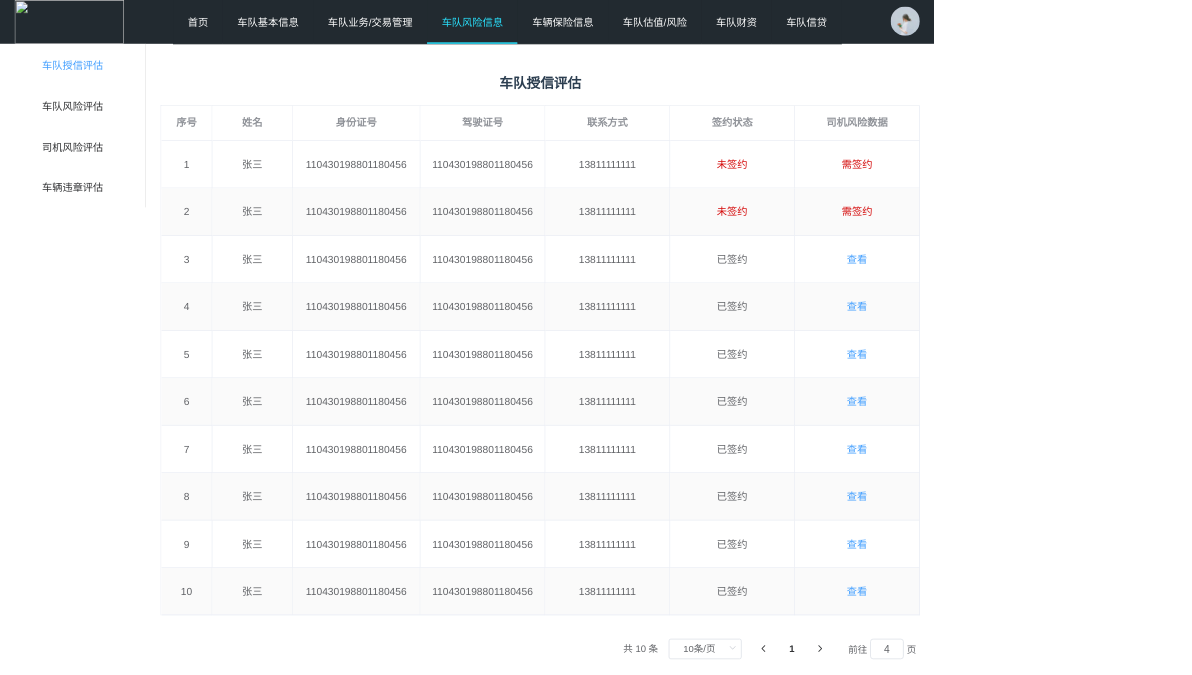
Repository: TheWomanLiketheWind/woodpecker
Page: /
The author's editor kept a copy of each file at every save. The page is drawn from the files as they stood at one save, then again after a run of saves.
The browser window is 1280 px wide. The page is 1280 px wide, then 1633 px, then 1280 px, so the pictures cover 1633 px, including what lies to the right of the window. The pictures show the whole page, at 73% of full size.
The project was rebuilt for these pictures with package versions that can differ from the ones it lists, and the page was loaded fresh each time. Also part of the build but not shown: src/views/menuThird.vue.

Above is the page before, as saved 2019-07-26 09:21:34.

### public/index.html
<!DOCTYPE html>
<html lang="en">
  <head>
    <meta charset="utf-8">
    <meta http-equiv="X-UA-Compatible" content="IE=edge">
    <meta name="viewport" content="width=device-width,initial-scale=1.0">
    <link rel="icon" href="<%= BASE_URL %>favicon.ico">
    <title>woodpecker</title>
  </head>
  <body>
    <noscript>
      <strong>We're sorry but woodpecker doesn't work properly without JavaScript enabled. Please enable it to continue.</strong>
    </noscript>
    <div id="app"></div>
    <!-- built files will be auto injected -->
  </body>
</html>

### src/App.vue
<template>
  <div id="app">
    <router-view />
  </div>
</template>

<style lang="scss">
#app {
  font-family: "Avenir", Helvetica, Arial, sans-serif;
  -webkit-font-smoothing: antialiased;
  -moz-osx-font-smoothing: grayscale;
  text-align: center;
  color: #2c3e50;
  .el-header {
    display: flex;
    justify-content: space-between;
    align-items: center;
  }
}
#nav {
  padding: 30px;
  a {
    font-weight: bold;
    color: #2c3e50;
    &.router-link-exact-active {
      color: #42b983;
    }
  }
}
body {
  margin: 0;
}
</style>

### src/router.ts
import Vue from 'vue'
import Router from 'vue-router'
import Home from './views/Home.vue'
Vue.use(Router)

export default new Router({
  mode: 'history',
  base: process.env.BASE_URL,
  routes: [
    {
      path: '/',
      name: 'home',
      component: Home,
      children: [
        {
          path: '/',
          name: 'menuSecond',
          children: [
            {
              path: '/',
              name: 'menuThird',
              component: () =>
                import(/* webpackChunkName: "about" */ './views/menuThird.vue')
            }
          ],
          component: () =>
            import(/* webpackChunkName: "about" */ './views/menuSecond.vue')
        }
      ]
    }
  ]
})

### src/views/Home.vue
<template>
  <el-container>
    <el-header class="headerAll">
      <img src=""
           class="headImage">
      <el-menu :default-active="activeIndex"
               class="el-menu-demo"
               mode="horizontal"
               background-color="#222a30"
               text-color="#fff"
               active-text-color="#29e2fe"
               @select="handleSelect">
        <el-menu-item v-for="(item, index) in menuList"
                      :key="index"
                      :index="item.index"
                      v-on:listenToChildEvent="menuClick">{{item.name}}</el-menu-item>
      </el-menu>

      <el-dropdown>
        <img src="../assets/headImage.jpg"
             class="drophead" />
        <el-dropdown-menu slot="dropdown">
          <el-dropdown-item>个人信息</el-dropdown-item>
          <el-dropdown-item>退出</el-dropdown-item>
        </el-dropdown-menu>
      </el-dropdown>
    </el-header>
    <!-- <router-link to="/menuSecond">点击跳转</router-link> -->
    <router-view />
  </el-container>
</template>

<script lang="ts">
import { Component, Vue } from "vue-property-decorator";

@Component({
  components: {}
})
export default class Home extends Vue {
  data() {
    return {
      activeIndex: "4",
      menuList: [
        {
          name: "首页",
          index: "1",
          link: ""
        },
        {
          name: "车队基本信息",
          index: "2",
          link: ""
        },
        {
          name: "车队业务/交易管理",
          index: "3",
          link: ""
        },
        {
          name: "车队风险信息",
          index: "4",
          link: ""
        },
        {
          name: "车辆保险信息",
          index: "5",
          link: ""
        },
        {
          name: "车队估值/风险",
          index: "6",
          link: ""
        },
        {
          name: "车队财资",
          index: "7",
          link: ""
        },
        {
          name: "车队信贷",
          index: "8",
          link: ""
        }
      ]
    };
  }

  private handleSelect(key: any, keyPath: any) {
    console.log(key, keyPath);
  }

  menuClick(data: any) {
    this.$router.push(data);
  }
}
</script>

<style lang="scss">
.headerAll {
  background: #222a30;
  .headImage {
    width: 150px;
    height: 100%;
    border: 0;
  }
  .drophead {
    width: 40px;
    height: 40px;
    border-radius: 50%;
  }
}
</style>

### src/views/menuSecond.vue
<template>
  <el-container>

    <el-aside width="200px"
              class="asideClass">
      <el-menu :default-active="defaultActive"
               class="el-menu-vertical-demo"
               @select="handleSelect">
        <el-menu-item v-for="(item, index) in filesList.navigeList"
                      :key="index"
                      :index="item.index">
          <span slot="title">{{item.name}}</span>
        </el-menu-item>
      </el-menu>
    </el-aside>
    <el-main>
      <h3>{{filesList.navigeList[this.selectIndex].name}}</h3>
      <el-table :data="tableData"
                border
                stripe
                style="width: 100%">
        <el-table-column type="index"
                         label="序号"
                         width="70"
                         align="center">
        </el-table-column>
        <el-table-column prop="name"
                         label="姓名"
                         width="110"
                         align="center" />
        <el-table-column prop="cardId"
                         label="身份证号"
                         align="center" />
        <el-table-column prop="driveId"
                         label="驾驶证号"
                         align="center" />
        <el-table-column prop="tel"
                         label="联系方式"
                         align="center" />
        <el-table-column prop="signType"
                         label="签约状态"
                         align="center">
          <template slot-scope="scope">
            <span :class="scope.row.signType === 0?'signTypeColor':''">{{scope.row.signType === 0?'未签约':'已签约'}}</span>
          </template>
        </el-table-column>
        <el-table-column label="司机风险数据"
                         align="center">
          <template slot-scope="scope">
            <el-button type="text"
                       v-if="scope.row.signType === 0"
                       class="signTypeColor">需签约</el-button>
            <el-button type="text"
                       v-else>查看</el-button>
          </template>
        </el-table-column>
      </el-table>
      <el-pagination @size-change="handleSizeChange"
                     @current-change="handleCurrentChange"
                     :current-page="currentPage4"
                     :page-sizes="[10, 20, 50, 100]"
                     :page-size="10"
                     layout="total, sizes, prev, pager, next, jumper"
                     :total="tableData.length">
      </el-pagination>
    </el-main>
  </el-container>

</template>

<script lang="ts">
import Vue from "vue";
import files from "../jsonFile";

export default Vue.extend({
  data() {
    return {
      filesList: files,
      selectIndex: 0,
      defaultActive: "1",
      currentPage4: 4,
      tableData: [
        {
          name: "张三",
          cardId: "110430198801180456",
          driveId: "110430198801180456",
          tel: "13811111111",
          signType: 0
        }
      ]
    };
  },
  mounted() {
    this.defined();
  },
  methods: {
    defined() {
      for (let i = 0; i < 9; i++) {
        let object = {
          name: "张三",
          cardId: "110430198801180456",
          driveId: "110430198801180456",
          tel: "13811111111",
          signType: i === 0 ? 0 : 1
        };
        this.tableData.push(object);
      }
    },
    handleSelect(key: String) {
      this.selectIndex = Number(key) - 1;
    },
    handleSizeChange(val: Number) {
      console.log(`每页 ${val} 条`);
    },
    handleCurrentChange(val: Number) {
      console.log(`当前页: ${val}`);
    }
  }
});
</script>


<style lang="scss">
.el-pagination {
  margin-top: 30px;
  float: right;
}
.signTypeColor {
  color: #d40707;
}
</style>

### src/jsonFile.ts
const fileObject = {
  navigeList: [
    {
      name: '车队授信评估',
      index: '1'
    },
    {
      name: '车队风险评估',
      index: '2'
    },
    {
      name: '司机风险评估',
      index: '3'
    },
    {
      name: '车辆违章评估',
      index: '4'
    }
  ]
}

export default fileObject

Loaded but not shown: src/main.ts (common file); src/store.ts (common file)

After the next 2 saves:
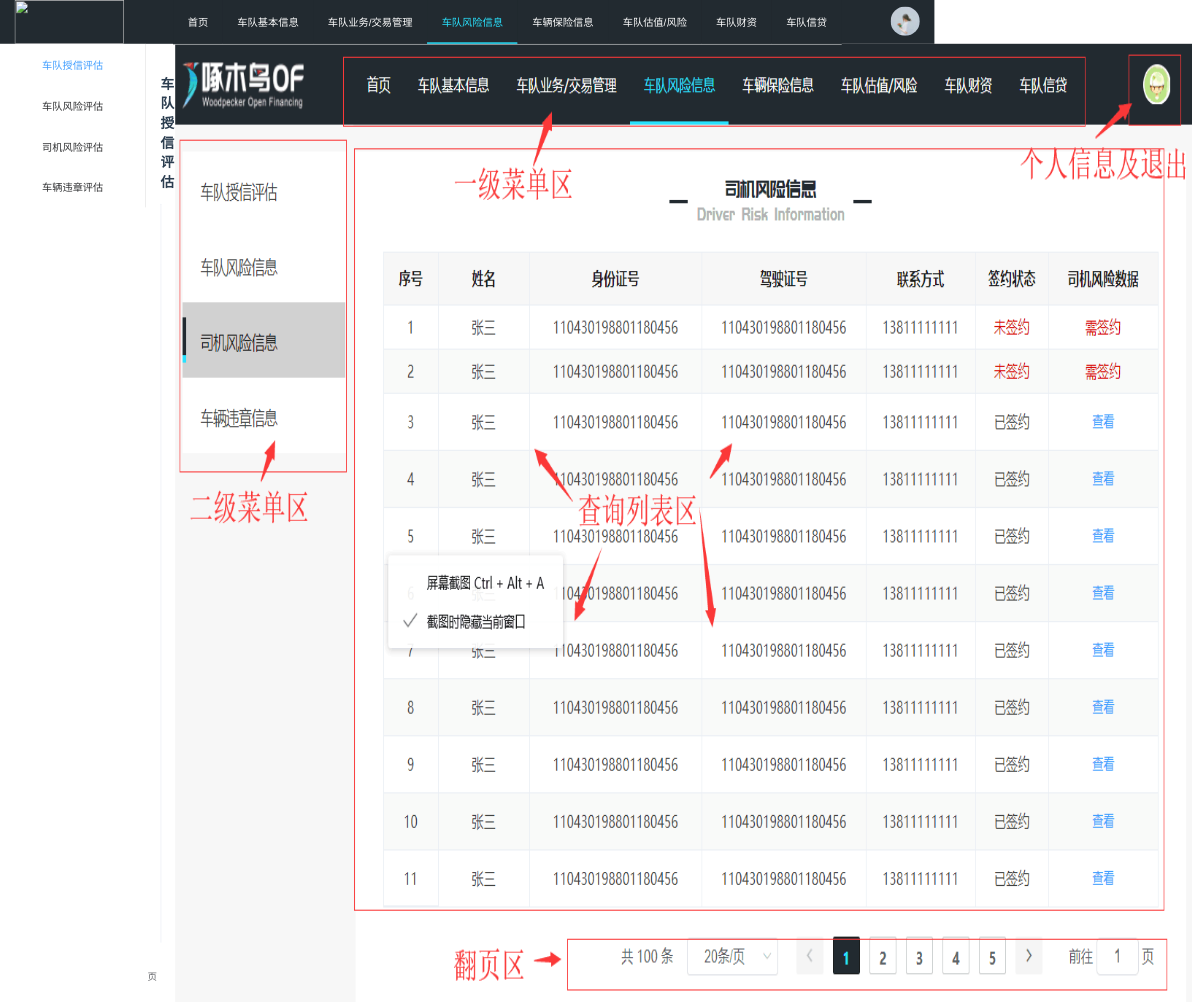
The 2 saves are shown as one change because 1 did not build or start.
The last was saved 61 s later.
--- a/src/views/menuSecond.vue
+++ b/src/views/menuSecond.vue
@@ -64,6 +64,7 @@
                      :total="tableData.length">
       </el-pagination>
     </el-main>
+    <img src="../assets/d1c2dc3ef8561f8ba11936fef14c613.png">
   </el-container>
 
 </template>
@@ -128,4 +129,7 @@ export default Vue.extend({
 .signTypeColor {
   color: #d40707;
 }
+// .el-menu {
+//   background: ;
+// }
 </style>

After the 3 saves that followed:
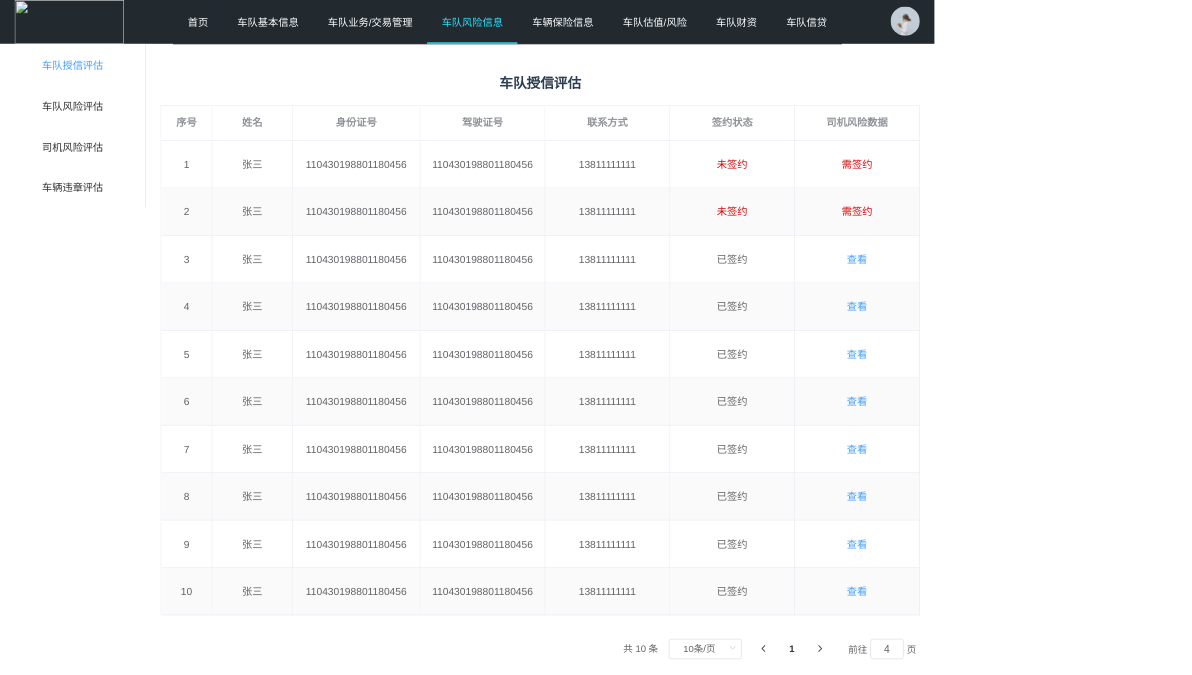
The 3 saves are shown as one change because 2 left the picture as it was.
The last was saved 29 s later.
--- a/src/views/menuSecond.vue
+++ b/src/views/menuSecond.vue
@@ -64,7 +64,7 @@
                      :total="tableData.length">
       </el-pagination>
     </el-main>
-    <img src="../assets/d1c2dc3ef8561f8ba11936fef14c613.png">
+    <!-- <img src="../assets/d1c2dc3ef8561f8ba11936fef14c613.png"> -->
   </el-container>
 
 </template>
@@ -130,6 +130,6 @@ export default Vue.extend({
   color: #d40707;
 }
 // .el-menu {
-//   background: ;
+//   background: #f7f7f7;
 // }
 </style>
